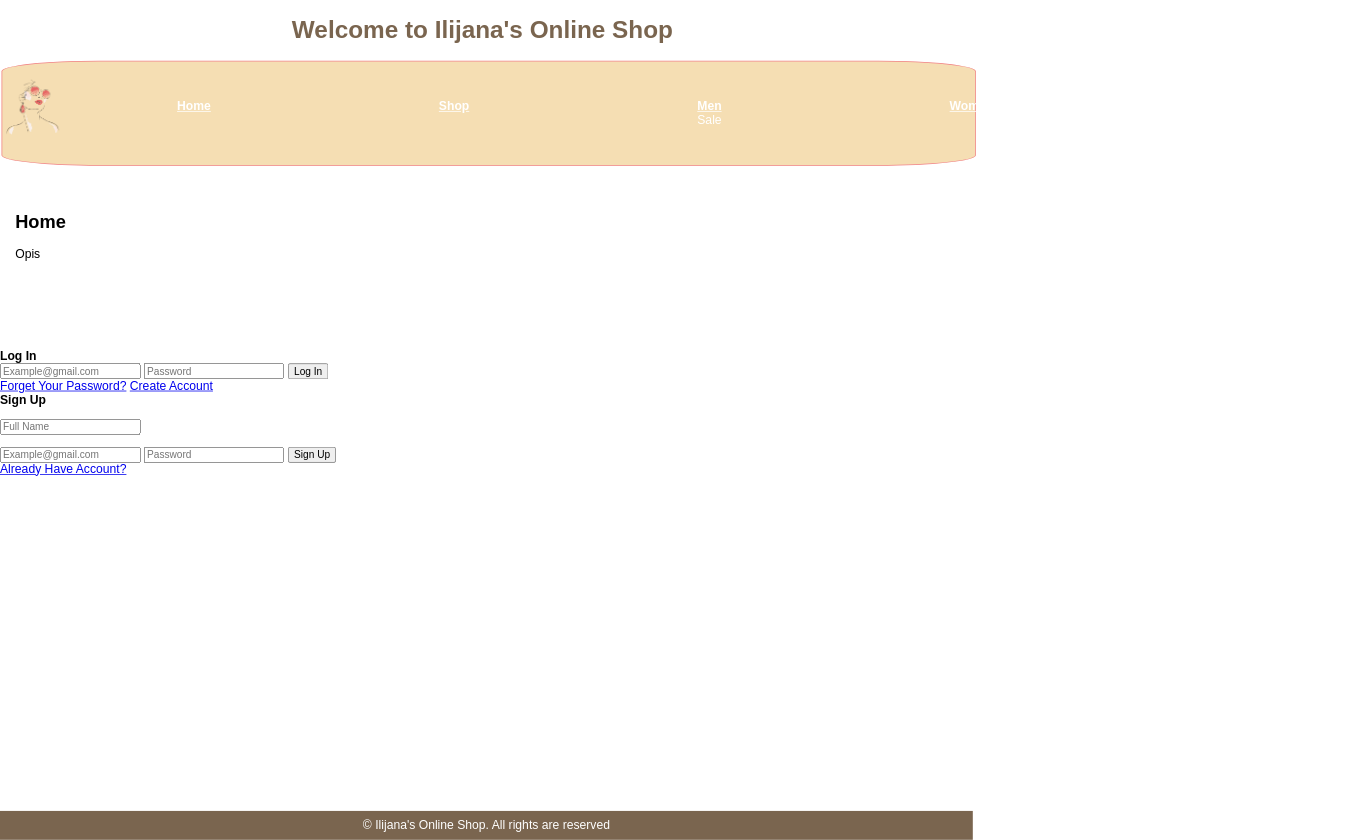
Repository: ilijana123/Proekt1
Page: html.html
These files come from the project's save history. The page is drawn as it stood at one moment and after the next save; the edit follows.
The browser window is 1280 px wide. The page is 1801 px wide, so the pictures cover 1801 px, including what lies to the right of the window. The pictures show the whole page, at 76% of full size.

Above is the page before, as saved 2023-11-13 02:09:07.

After the next save:
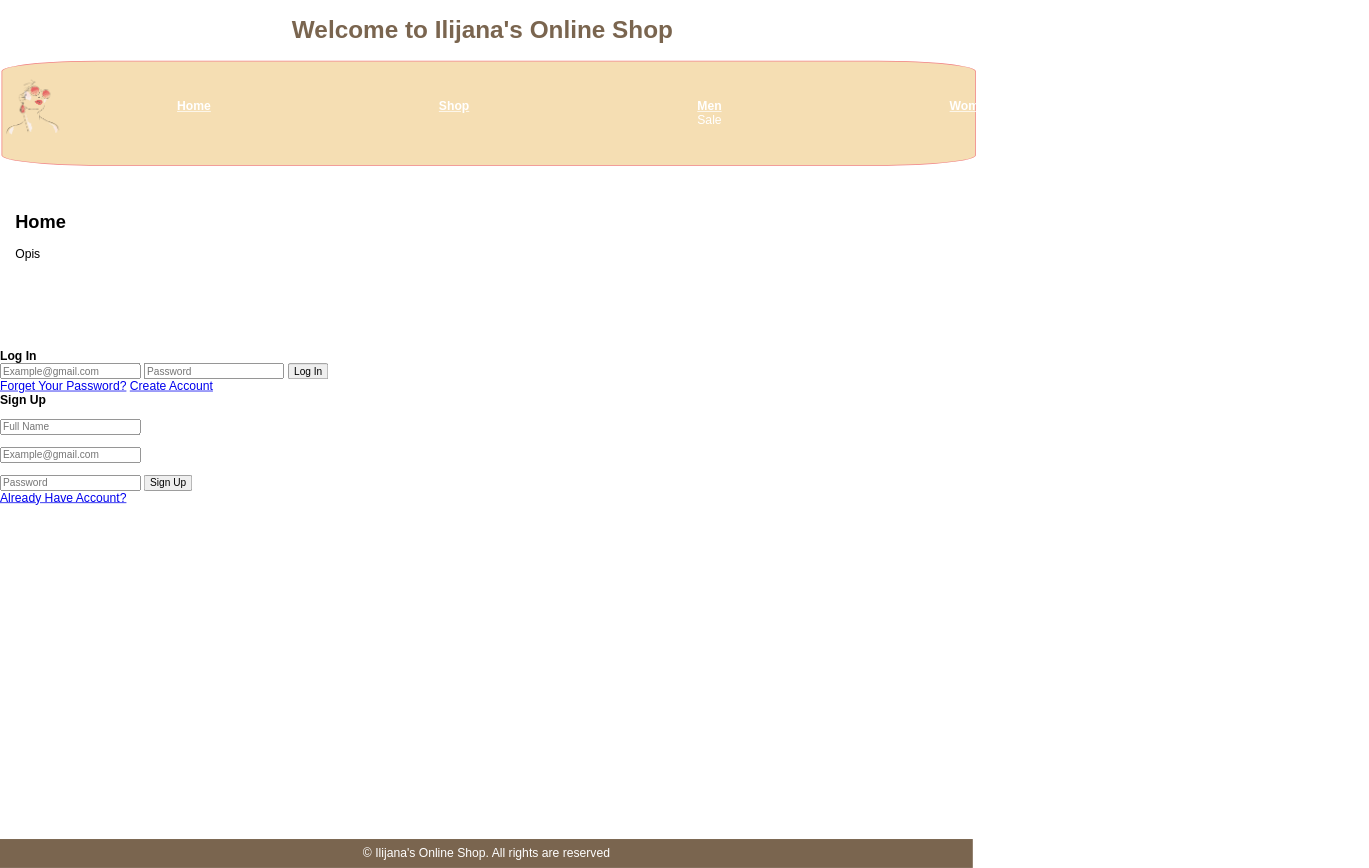
Saved 13 s later.
--- a/html.html
+++ b/html.html
@@ -79,7 +79,7 @@
                         <strong>Sign Up</strong>
                         <form>
                             <p><input type="text" name="fullname" placeholder="Full Name" required/></p>
-                            <input type="email" name="email" placeholder="Example@gmail.com" required/>
+                            <p><input type="email" name="email" placeholder="Example@gmail.com" required/></p>
                             <input type="password" name="password" placeholder="Password" required/>
                             <input type="submit" value="Sign Up"/>
                         </form>
